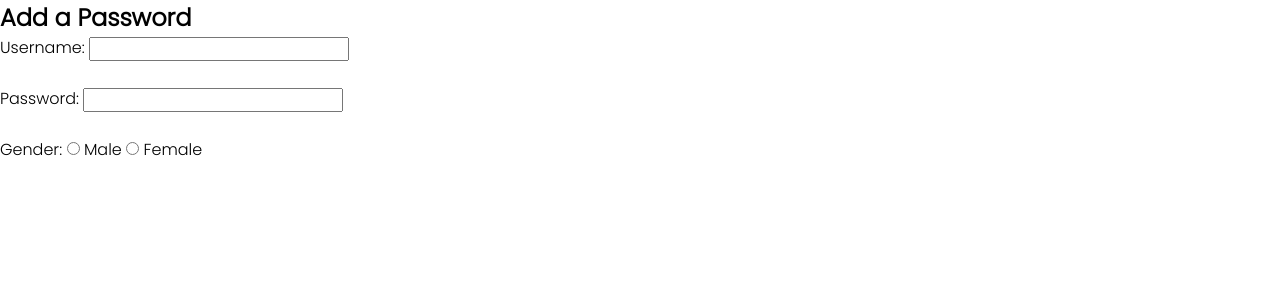
Repository: Abhi2807ar/PASSWORD-MANAGER
Page: index.html
An editor plug-in stored every save of this project. The page is shown before and after a run of saves, followed by the edit.
The browser window is 1280 px wide. The pictures show the whole page.

Above is the page before, as saved 2024-10-14 14:38:27.

After the next 7 saves:
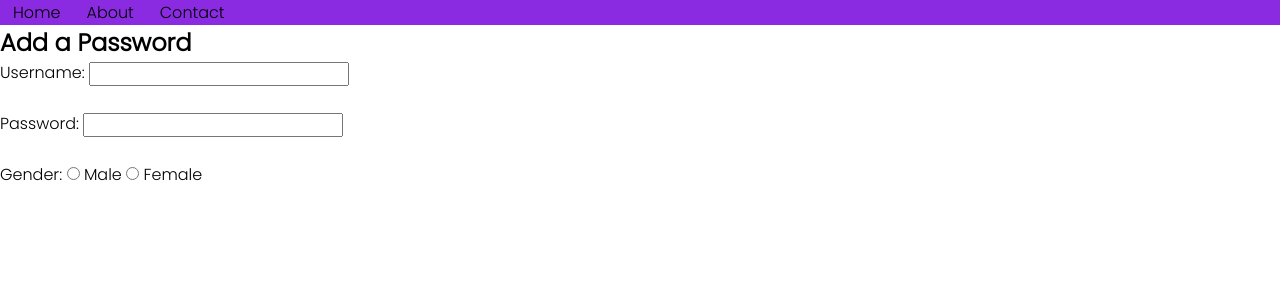
The 7 saves are shown as one change because they came seconds apart.
The last was saved 22 s later.
--- a/index.html
+++ b/index.html
@@ -33,7 +33,13 @@ td{
 </head>
 
 <body>
-    <nav></nav>
+    <nav>
+        <ul>
+            <li>Home</li>
+            <li>About</li>
+            <li>Contact</li>
+        </ul>
+    </nav>
     <h2>Add a Password</h2>
     <form action="/submit" method="post">
         <!-- Text input for username -->
